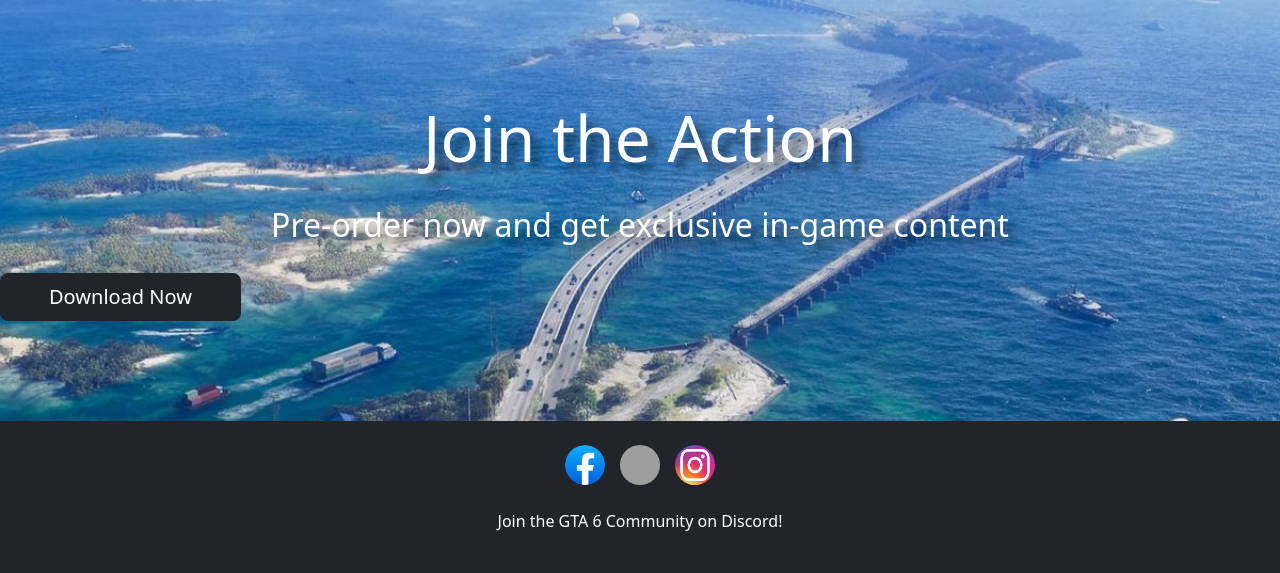
Repository: Ayukh03/GTA-VI-Landing-page
Page: index.html
An editor plug-in stored every save of this project. The page is shown before and after the next save, followed by the edit.
The browser window is 1280 px wide. The pictures show the part of the page from y = 2662 to 3235 px (the page is 3235 px tall before and 3217 px after).
Pictures or frames that could not be fetched are drawn as grey boxes. A picture or video elsewhere on the page could not be fetched, so the positions and the page height are approximate.

Above is the page before, as saved 2025-02-22 13:32:14.

### index.html
<!DOCTYPE html>
<html lang="en">
<head>
    <meta charset="UTF-8">
    <meta name="viewport" content="width=device-width, initial-scale=1.0">
    <title>GTA 6 - Welcome to Vice City</title>
    <link href="https://cdn.jsdelivr.net/npm/bootstrap@5.3.0/dist/css/bootstrap.min.css" rel="stylesheet">
    <style>
        /* Custom CSS */
        .hero-section {
            background: linear-gradient(rgba(0,0,0,0.5), rgba(0,0,0,0.5));
            background-size: cover;
            background-position: center;
            height: 100vh;
            display: flex;
            align-items: center;
            color: white;
        }

        .hero-title {
            font-size: 8rem;
            font-weight: bold;
            text-shadow: 2px 2px 4px rgba(0,0,0,0.5);
            text-align: center;
        }
        .hero-subtitle {
            font-size: 3rem;
            font-weight: normal;
            text-shadow: 2px 2px 4px rgba(0,0,0,0.5);
            text-align: center;
        }

        .btn{
            display: flex;
            justify-content: center;
            gap: 20px;
        }

        @media (max-width: 768px) {
            .hero-title {
                font-size: 4rem !important;
            }
            .hero-subtitle {
                font-size: 1.5rem !important;
            }
            .btn{
                display: flex;
                flex-direction: column;
                gap: 20px;
            }
        }

        @media (max-width: 576px) {
            .hero-title {
                font-size: 3rem !important;
            }
            .hero-subtitle {
                font-size: 1.25rem !important;
            }
            .btn-group-lg > .btn {
                padding: 0.5rem 1rem;
                font-size: 1rem;
                margin: auto;
            }
            .btn{
                display: flex;
                flex-direction: column;
                gap: 20px;


            }
        }

        button {
            transition: all 0.3s ease;
            border-radius: 5px;
            cursor: pointer;
        }

        button:hover {
            background-color: #ff4d4d;
            color: white;
        }



        .features-section {
            padding: 5rem 0;
            background-color: #f8f9fa;
        }

        .features-section h2 {
            text-align: center;
            margin-bottom: 3rem;
            font: bolder;
            font-size: 3rem;
            padding: 50px;
        }
        .features-section h3 {
            font-size: medium;
        }
        .features-section p {
            font-size: small;
        }

        .feature-item {
            text-align: center;
            margin-bottom: 2rem;
            transition: all 0.3s ease;
            cursor: pointer;
            background-color: transparent;
            border-radius: 10px;
            box-shadow: none;
            padding: 10px;
        }

        .feature-item:hover {
            background-color: #f0f0f0;
            box-shadow: 0 10px 20px rgba(0, 0, 0, 0.3);
        }

        .feature-item img {
            width: 75px;
            height: 75px;
            border-radius: 50%;
            margin-bottom: 1rem;

        }



        .video-container {
            position: relative;
            overflow: hidden;

        }

        .hero-video {
            width: 100%;
            height: auto;
        }

        .news-ticker {
            background: rgba(255,0,0,0.1);
            padding: 15px 0;
            overflow: hidden;
            font: bolder;

        }

        .news-content {
            white-space: nowrap;
            animation: ticker 20s linear infinite;
        }

        @keyframes ticker {
            0% { transform: translateX(100%); }
            100% { transform: translateX(-100%); }
        }

        .testimonial-section {
            background: linear-gradient(rgba(0,0,0,0.7), rgba(0,0,0,0.7)), url('/api/placeholder/1920/1080');
            background-size: cover;
            color: white;
            padding: 80px 0;
        }

        .cta-section {
            background: linear-gradient(45deg, #ff6b6b, #ff8e8e);
            padding: 100px 0;
            color: white;
        }
        .container-cta h2 {
            font-size: 4rem;
            text-shadow: 0.5rem 0.5rem 0.5rem rgba(0,0,0,0.5);
        }
        .container-cta p {
            font-size: 2rem;
            text-shadow: 0.5rem 0.5rem 0.5rem rgba(0,0,0,0.5);
            font: bolder;
        }



        /* Footer Styles */
footer {
    background-color: #333;
    color: white;
    padding: 20px 0;
}

.social-icons {
    display: flex;
    justify-content: center;
    flex-wrap: wrap;
    gap: 15px;
    margin-bottom: 20px;
}

.social-icon {
    width: 40px;
    height: 40px;
    border-radius: 50%;
}

/* Responsive Design */
@media (max-width: 600px) {
    .social-icon {
        width: 30px;
        height: 30px;
    }

    footer p {
        font-size: 14px;
    }
}
    </style>
</head>
<body class="bg-dark">
    <!-- Hero Section -->
    <section class="hero-section text-center position-relative"  style="background-image: url('assets/images/GTA6_background.webp');
    background-size: cover; background-repeat: no-repeat;">
        <div class="container position-relative" style="z-index: 2;">
            <h1 class=" hero-title display-1 mb-4 text-white ">Welcome to GTA 6</h1>
            <p class=" hero-subtitle lead mb-4 text-white">Enter the World of Chaos</p>
            <div class="btn">
                <button class="btn btn-danger btn-lg px-5">Play Now</button>
                <button class="btn btn-danger btn-lg px-5">Learn More</button>
            </div>
        </div>
    </section>

    <!-- Features Section -->
    <section id="features" class="features-section">
        <div class="container" >
            <h2>Game Features</h2>
            <div class="row">
                <div class="col-md-4 feature-item">
                    <img src="assets/images/slider-01.jpg" alt="Open World">
                    <h3>Open-World Exploration</h3>
                    <p>Explore a vast and dynamic world filled with unique locations and activities.</p>
                </div>
                <div class="col-md-4 feature-item">
                    <img src="assets/images/newstory-02.jpg" alt="New Characters">
                    <h3>New Characters</h3>
                    <p>Meet a diverse cast of characters with rich backstories and unique personalities.</p>
                </div>
                <div class="col-md-4 feature-item">
                    <img src="assets/images/slider-02.jpg" alt="Advanced Vehicles">
                    <h3>Advanced Vehicles</h3>
                    <p>Drive and fly a wide range of vehicles, each with its own unique handling and abilities.</p>
                </div>
                <div class="col-md-4 feature-item">
                    <img src="assets/images/slider-05.jpg" alt="Dynamic Weather">
                    <h3>Dynamic Weather and Day/Night Cycle</h3>
                    <p>Experience realistic weather changes and a dynamic day/night cycle that affects gameplay and immersion.</p>
                </div>
                <div class="col-md-4 feature-item">
                    <img src="assets/images/newstory-01.webp" alt="Deep Customization">
                    <h3>Deep Customization</h3>
                    <p>Customize your character, vehicles, and even the world around you with extensive options.Customize your character's appearance, clothing, and abilities.</p>
                </div>
                <div class="col-md-4 feature-item">
                    <img src="assets/images/slider-06.jpg" alt="Multiplayer Enhancements">
                    <h3>Multiplayer Enhancements</h3>
                    <p>Enjoy improved multiplayer modes with new game types, enhanced social features, and seamless integration with friends.</p>
                </div>
            </div>
        </div>
    </section>

    <section>
        <div class="video-container">
            <video autoplay loop muted  plays-inline class="hero-video">
                <source src="assets/videos/Grand Theft Auto VI Trailer 1.mp4" type="video/mp4">
            </video>
            </div>
    </section>

    <!-- News Ticker -->
    <div class="news-ticker">
        <div class="news-content  text-white">
             GTA 6 Coming Soon! |  Welcome to Vice City |  Dynamic Soundtrack |  New Vehicle Mechanics | Next-Gen Graphics
        </div>
    </div>

    <!-- Testimonials -->
    <section class="testimonial-section ">
        <div class="container">
            <h2 class="text-center mb-5">Community Buzz</h2>
            <div class="row">
                <div class="col-md-4 mb-4 ">
                    <div class="p-4 bg-dark rounded ">
                        <p>"Can't wait to explore Vice City again!"</p>
                        <small>- Gaming Universe</small>
                    </div>
                </div>
                <div class="col-md-4 mb-4 ">
                    <div class="p-4 bg-dark rounded">
                        <p>"The graphics are absolutely mind-blowing!"</p>
                        <small>- GameSpot</small>
                    </div>
                </div>
                <div class="col-md-4 mb-4 ">
                    <div class="p-4 bg-dark rounded">
                        <p>"Best GTA yet. A true masterpiece."</p>
                        <small>- IGN</small>
                    </div>
                </div>
            </div>
        </div>
    </section>

    <!-- CTA Section -->
    <section class="cta-section text-center"  style="background-image: url('assets/images/ctaimg.jpg');
    background-size: cover;  background-repeat: no-repeat;">
        <div class="container-cta">
            <h2 class="mb-4">Join the Action</h2>
            <p class="lead mb-4">Pre-order now and get exclusive in-game content</p>
            <button class="btn btn-dark btn-lg px-5">Download Now</button>
        </div>
    </section>

    <!-- Footer -->
    <footer class="bg-dark text-white py-4">
        <div class="container text-center">
            <div class="mb-4 social-icons">
                <img src="assets/images/2021_Facebook_icon.svg.png" alt="Facebook" class="social-icon" />
                <img src="assets/images/Twitter.svg.png" alt="Twitter" class="social-icon" />
                <img src="assets/images/instgram.jpeg" alt="Instagram" class="social-icon" />
            </div>
            <p>Join the GTA 6 Community on Discord!</p>
        </div>
    </footer>

    <script src="https://cdn.jsdelivr.net/npm/bootstrap@5.3.0/dist/js/bootstrap.bundle.min.js"></script>
    <script>
        document.addEventListener('DOMContentLoaded', function () {
            // Select all feature items and buttons
            const featureItems = document.querySelectorAll('.row .feature-item');
            const buttons = document.querySelectorAll('button');



            // Function to handle scaling
            function addScaleEffect(element) {
                element.addEventListener('mouseenter', function () {
                    element.style.transform = 'scale(1.05)';
                });

                element.addEventListener('mouseleave', function () {
                    element.style.transform = 'scale(1)';
                });
            }

            // Apply scaling to feature items
            featureItems.forEach(item => addScaleEffect(item));

            // Apply scaling to buttons
            buttons.forEach(btn => addScaleEffect(btn));


        });
    </script>
</body>
</html>

After the next save:
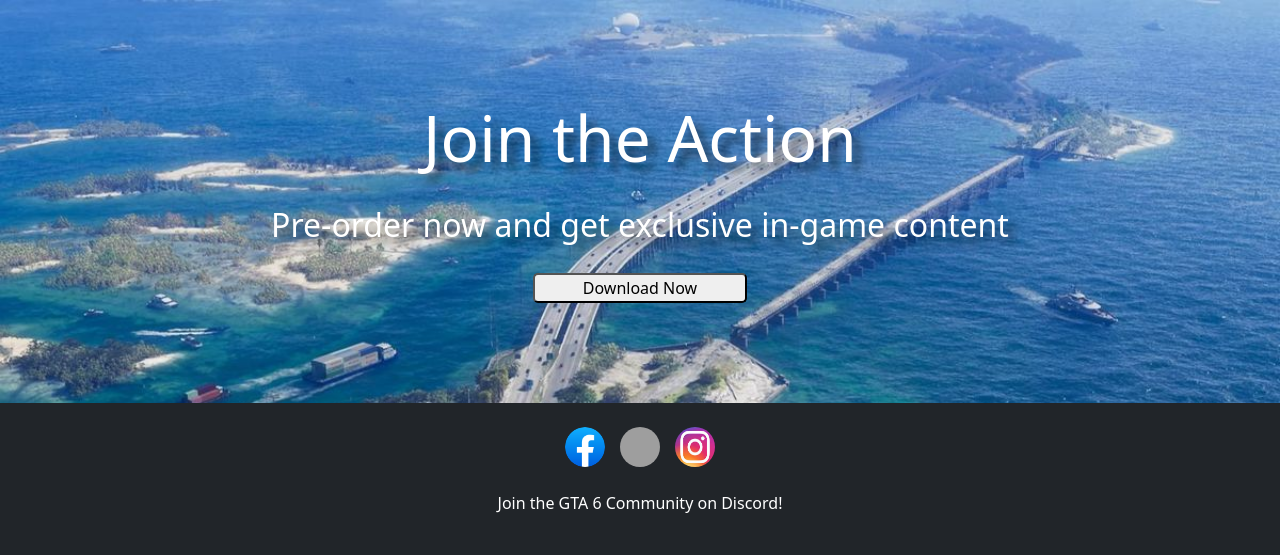
Saved 2 min 40 s later.
--- a/index.html
+++ b/index.html
@@ -317,7 +317,7 @@
         <div class="container-cta">
             <h2 class="mb-4">Join the Action</h2>
             <p class="lead mb-4">Pre-order now and get exclusive in-game content</p>
-            <button class="btn btn-dark btn-lg px-5">Download Now</button>
+            <button class="btn-download btn-dark btn-lg px-5">Download Now</button>
         </div>
     </section>
 
